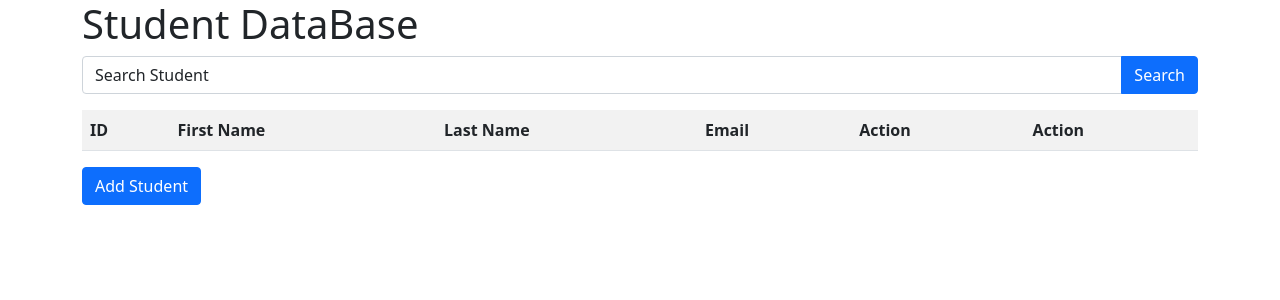
Repository: Siddhant1401/Aurionpro-J2EE
Page: http://localhost/08-STUDENT-MVC/student.jsp
These files come from the project's save history. The page is drawn as it stood at one moment and after the next save; the edit follows.
The browser window is 1280 px wide. The pictures show the whole page.
The page is served by Tomcat 9. Other server files are loaded and not shown. The template is opened directly, without the code that normally fills it, so the values that code supplies are empty.

Above is the page before, as saved 2023-10-18 06:49:51.

### 08-STUDENT-MVC/WebContent/student.jsp
<%@ page language="java" contentType="text/html; charset=ISO-8859-1"
	pageEncoding="ISO-8859-1"%>
<%@ taglib uri="http://java.sun.com/jsp/jstl/core" prefix="c"%>
<!DOCTYPE html PUBLIC "-//W3C//DTD HTML 4.01 Transitional//EN" "http://www.w3.org/TR/html4/loose.dtd">
<html>
<head>
<meta http-equiv="Content-Type" content="text/html; charset=ISO-8859-1">
<title>Insert title here</title>
<link
	href="https://cdn.jsdelivr.net/npm/bootstrap@5.0.2/dist/css/bootstrap.min.css"
	rel="stylesheet"
	integrity="sha384-EVSTQN3/azprG1Anm3QDgpJLIm9Nao0Yz1ztcQTwFspd3yD65VohhpuuCOmLASjC"
	crossorigin="anonymous">
<script
	src="https://cdn.jsdelivr.net/npm/bootstrap@5.0.2/dist/js/bootstrap.bundle.min.js"
	integrity="sha384-MrcW6ZMFYlzcLA8Nl+NtUVF0sA7MsXsP1UyJoMp4YLEuNSfAP+JcXn/tWtIaxVXM"
	crossorigin="anonymous"></script>
</head>

<body>
	<div class="container">
		<h1>Student DataBase</h1>
		<!-- --Seach Form -->
		<form action="StudentController" method="get">
			<div class="input-group mb-3">
				<select class="form-control" name="search">
					<option value " ">Search Student</option>
					<option value="searchid">ID</option>
					<option value="searchFirstName">First Name</option>
					<option value="searchlastName">Last Name</option>
					<option value="searchEmail">Email</option>
				</select>
					<button class="btn btn-primary" type="submit">Search</button>

			</div>
			<input type="hidden" name="action" value="search">


		</form>
		<table class="table table-striped table-hover">
			<tr>
				<th>ID</th>
				<th>First Name</th>
				<th>Last Name</th>
				<th>Email</th>
				<th>Action</th>
				<th>Action</th>
			</tr>
			<c:forEach var="Student" items="${allStud}">

				<c:url var="updateLink" value="StudentController">
					<c:param name="action" value="update" />
					<c:param name="id" value="${Student.id}" />
				</c:url>

				<c:url var="deleteLink" value="StudentController">
					<c:param name="action" value="delete" />
					<c:param name="id" value="${Student.id}" />
				</c:url>




				<tr>
					<td>${Student.id}</td>
					<td>${Student.firstName}</td>
					<td>${Student.lastName}</td>
					<td>${Student.email}</td>
					<td><a href="${updateLink}" class="btn btn-warning">Update</a></td>
					<td><a href="${deleteLink}" class="btn btn-danger">Delete</a></td>
				</tr>
			</c:forEach>


		</table>

		<a href="add-Student.jsp" class="btn btn-primary">Add Student</a>
	</div>


</body>

</html>

After the next save:
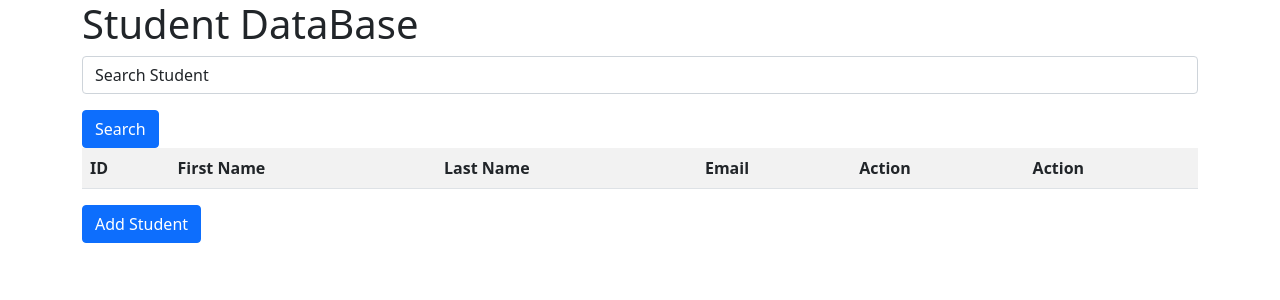
Saved 41 s later.
--- a/08-STUDENT-MVC/WebContent/student.jsp
+++ b/08-STUDENT-MVC/WebContent/student.jsp
@@ -30,9 +30,10 @@
 					<option value="searchlastName">Last Name</option>
 					<option value="searchEmail">Email</option>
 				</select>
-					<button class="btn btn-primary" type="submit">Search</button>
+
 
 			</div>
+			<button class="btn btn-primary" type="submit">Search</button>
 			<input type="hidden" name="action" value="search">
 
 

After the save that followed:
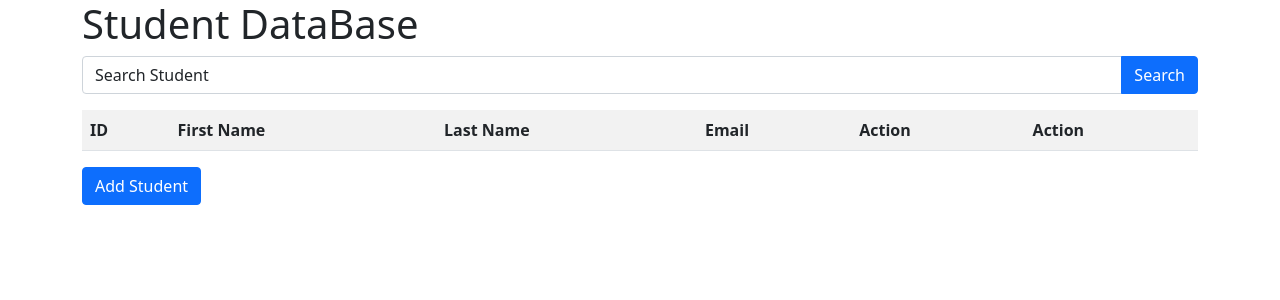
Saved 11 s later.
--- a/08-STUDENT-MVC/WebContent/student.jsp
+++ b/08-STUDENT-MVC/WebContent/student.jsp
@@ -30,10 +30,9 @@
 					<option value="searchlastName">Last Name</option>
 					<option value="searchEmail">Email</option>
 				</select>
-
+					<button class="btn btn-primary" type="submit">Search</button>
 
 			</div>
-			<button class="btn btn-primary" type="submit">Search</button>
 			<input type="hidden" name="action" value="search">
 
 
